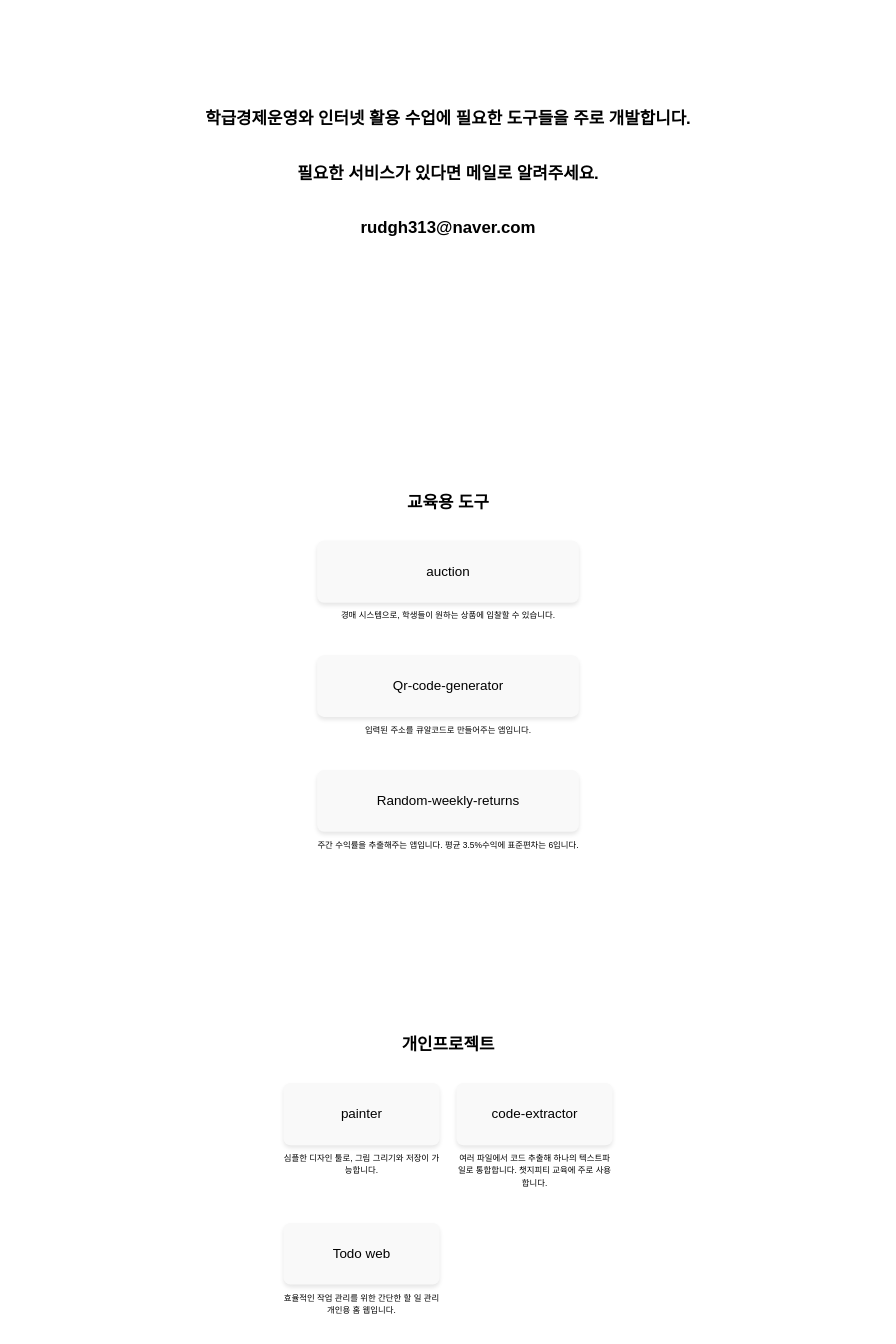
Repository: Anarchyve/portfolio
Page: index.html
The author's editor kept a copy of each file at every save. The page is drawn from the files as they stood at one save, then again after the next save.
The browser window is 1280 px wide. The pictures show the part of the page from y = 833 to 2753 px (the page is 3600 px tall), at 70% of full size.

Above is the page before, as saved 2024-11-17 19:59:08.

After the next save:
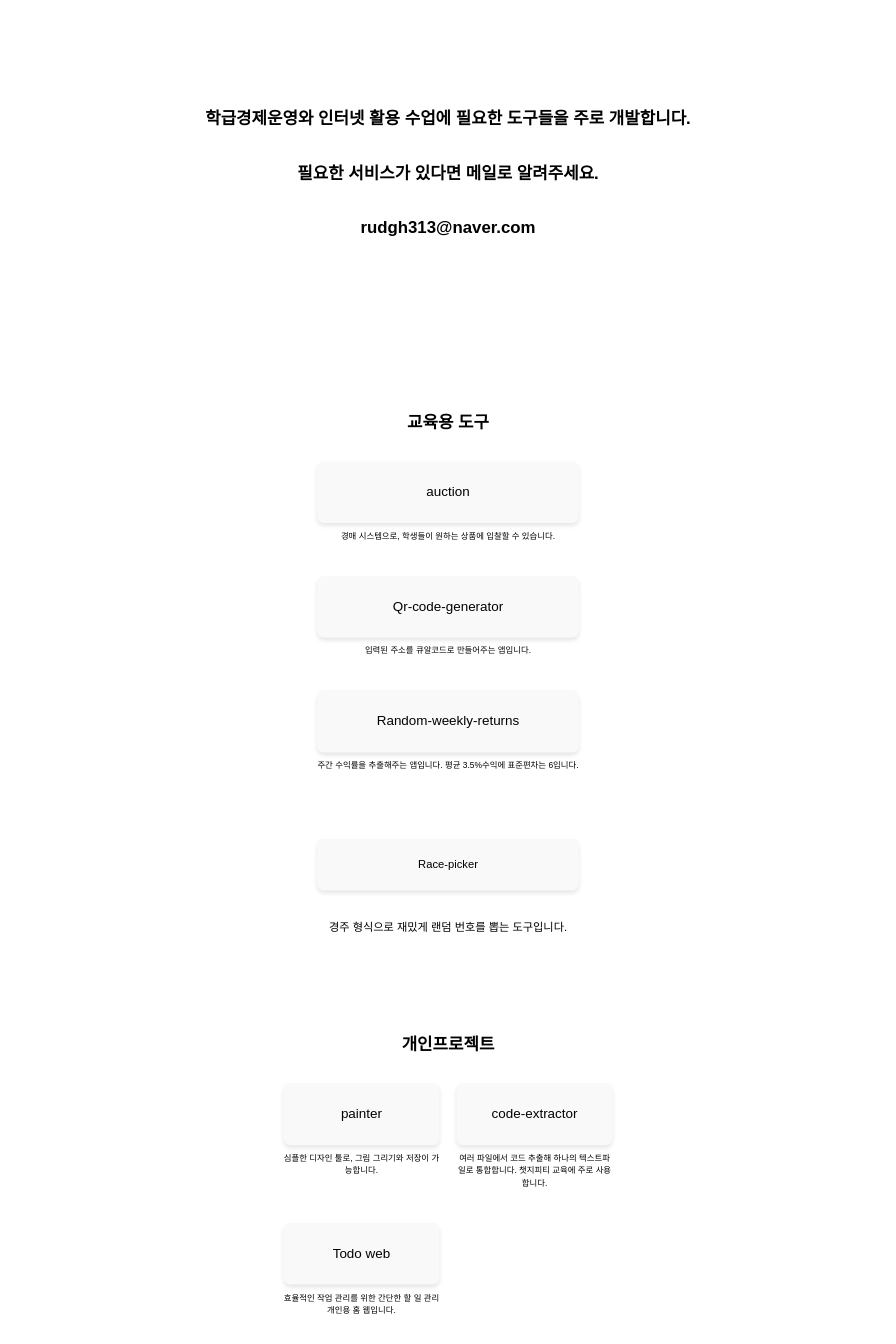
Saved 56 s later.
--- a/index.html
+++ b/index.html
@@ -48,6 +48,10 @@
                 <a href="https://anarchyve.github.io/Random-weekly-returns/">Random-weekly-returns</a>
                 <p>주간 수익률을 추출해주는 앱입니다. 평균 3.5%수익에 표준편차는 6입니다.</p>
             </div>
+            <div class="project-item"></div>
+                <a href="https://anarchyve.github.io/race-picker/">Race-picker</a>
+                <p>경주 형식으로 재밌게 랜덤 번호를 뽑는 도구입니다.</p>
+            </div>
         </div>
 
     </section>
